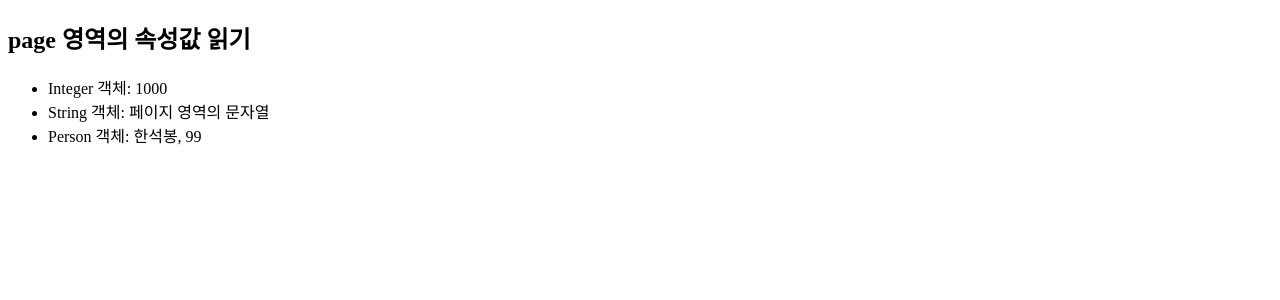
Repository: bhj305/JSP_Servlet
Page: http://localhost/MustHaveJSP/03Scope/PageContextMain.jsp
An editor plug-in stored every save of this project. The page is shown before and after the next save, followed by the edit.
The browser window is 1280 px wide. The pictures show the whole page.
The page is served by Tomcat 10.

Above is the page before, as saved 2025-05-07 02:41:22.

After the next save:
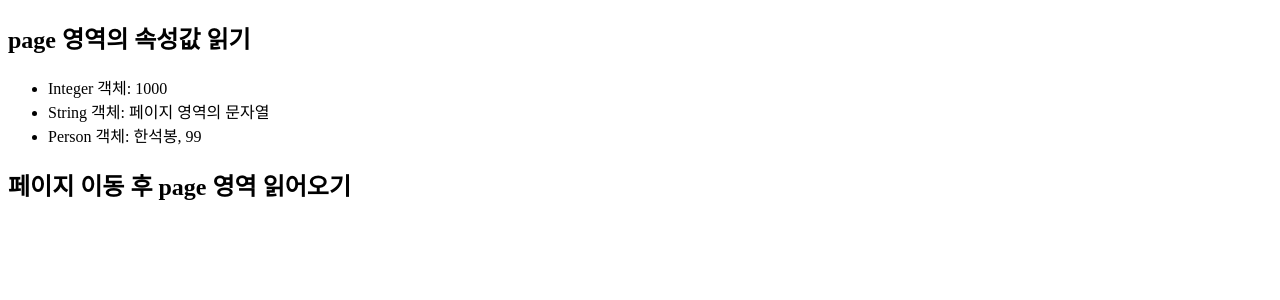
Saved 19 s later.
--- a/MustHaveJSP/src/main/webapp/03Scope/PageContextMain.jsp
+++ b/MustHaveJSP/src/main/webapp/03Scope/PageContextMain.jsp
@@ -28,5 +28,7 @@ pageContext.setAttribute("pagePerson", new Person("한석봉", 99));
 			<li>String 객체: <%= pString %> </li>
 			<li>Person 객체: <%= pPerson.getName() %>, <%= pPerson.getAge() %></li>
 		</ul>
+		<h2> 페이지 이동 후 page 영역 읽어오기 </h2>
+		<%@ include file = "PageInclude.jsp" %>
 	</body>
 </html>
